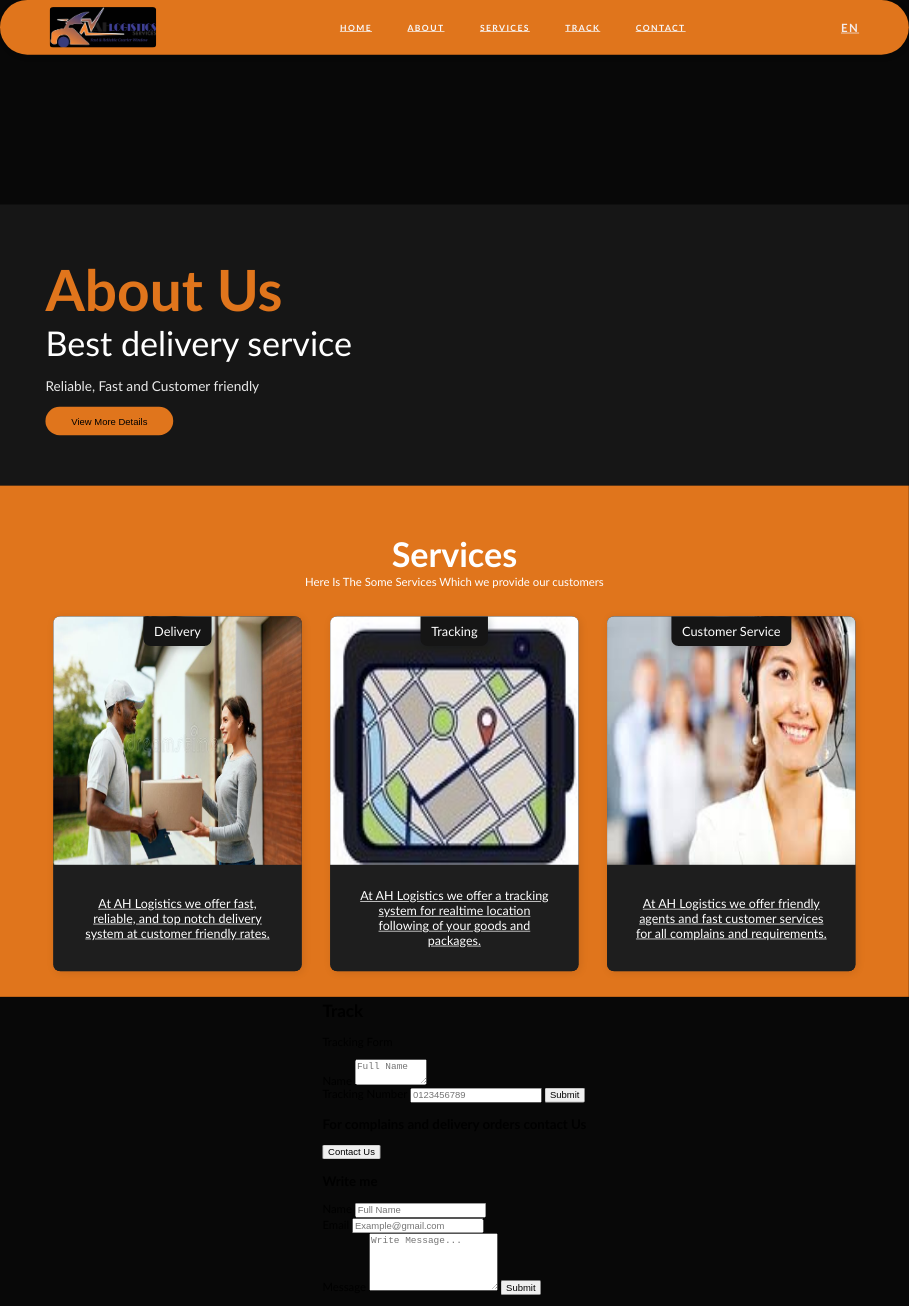
Repository: TheSecretlifeOfX/Ah-Logistics
Page: index.html
These files come from the project's save history. The page is drawn as it stood at one moment and after the next save; the edit follows.
The browser window is 1280 px wide. The pictures show the whole page, at 71% of full size.

Above is the page before, as saved 2022-03-02 14:49:49.

### index.html
<html>
<head>
<meta charset="utf-8">
<meta http-equiv="X-UA-Compatible" content="IE-edge">
<meta name="viewport" content="width=device-width, intial-scale=1.0">
<title>Logistics Website</title>
<link rel="stylesheet" href="./css/home.css">
</head>
<body>
<section id="main">
	<nav>
	<a href="#" class="logo"><img src="images/logo.jpg"></a>
	<div class="toggle"></div>
	<ul class="menu">
	<li class="active"><a href="#main" >Home</a></li>
	<li><a href="#about">About</a></li>
	<li><a href="#services">Services</a></li>
	<li><a href="#Tracking-Form">Track</a></li>
    <li><a href="#contact-form">Contact</a></li>
	</ul>
	<a href="#" class="lang">En</a>
	</nav>
    </section>
</div>
<section id="about">
	<div class="about-text">
	<h1>About Us</h1>
	<h2>Best delivery service</h2>
	<p>Reliable, Fast and Customer friendly</p>
	<button>View More Details</button>
	</div>
</section>
<section id="services">
<div class="s-heading">
<h1>Services</h1>
<p>Here Is The Some Services Which we provide our customers</p>
</div>
<div class="b-container">
<div class="s-box">
<div class="s-b-img">
    <div class="s-type">Delivery</div>
    <img src="images/delivery.jpg">
</div>
<div class="s-b-text">
<a href="#">At AH Logistics we offer fast, reliable, and top notch delivery system at customer friendly rates.</a>
</div>
</div>
<div class="s-box">
<div class="s-b-img">
    <div class="s-type">Tracking</div>
    <img src="images/track.jpg">
</div>
<div class="s-b-text">
<a href="#">At AH Logistics we offer a tracking system for realtime location following of your goods and packages.</a>
</div>
</div>
<div class="s-box">
<div class="s-b-img">
    <div class="s-type">Customer Service</div>
    <img src="images/customer.jpg">
</div>
<div class="s-b-text">
<a href="#">At AH Logistics we offer friendly agents and fast customer services for all complains and requirements.</a>
</div>
</div>
</div>
</div>
<section id=Tracking-Form></section>
<form>
<div class="Track-left">
<h1 class=T-1-Heading>Track</h1>
<p class=T-2-Body>Tracking Form</p></div>
<div class="Track-right">
	<div class="C-Name">
	<font >Name</font>
	<textarea name="message" rows="2" cols="10" placeholder="Full Name"></textarea>
	<div class="f-Num">
		<font >Tracking Number</font>
		<input type="Number" placeholder="0123456789"/>
	<button>Submit</button>
</form>
<section id="contact-btn">
	<h1 class="c-b-heading">For complains and delivery orders contact Us</h1>
		<button >Contact Us</button>
	</section>
<!--contact-form------------------->
<section id="contact-form">
<form>
<!--left--------------------------------------->
<div class="contact-left">
<h1 class="c-l-heading">Write me</h1>
<div class="f-name">
<font >Name</font>
<input type="text" placeholder="Full Name"/>
</div>
<div class="f-email">
<font >Email</font>
<input type="email" placeholder="Example@gmail.com"/>
</div>
</div>
<div class="contact-right">

<div class="message">
<font >Message</font>
<textarea name="message" rows="5" cols="20" placeholder="Write Message..."></textarea>
<button>Submit</button>
</div>
</form>
</section>
</section>
</body>
</html>

### css/home.css
body{
	margin:0px;
	padding:0px;
	background-color: #080808;
	background-size: 100%;
	min-height: 100vh;
	}
	#main{
		width:100%;
		height: 40vh;
		}
		nav{
			display:flex;
			justify-content: space-between;
			align-items: center;
			text-transform: uppercase;
			font-weight: 600;
			letter-spacing: 2px;
			font-family: calibri;
			top: 0;
			left: 10px;
			width:100%;
			box-sizing: border-box;
			padding: 5px 70px;
			background-color:#e0751c;
			box-shadow:2px 2px 12px rgba(0,0,0,0.05);
			z-index: 1;
			border-radius: 50px;
			}
			.menu{
			display: flex;

			}
			.menu li a{
			padding: 10px 25px;
			color:#f8f8fa;
			font-size: 12px;
			display:inline-block;
			}
			li{display:inline-block}
			.lang{
			color:#f3ecec;
			}
			.logo > img {
				width: 100%;
				height: 100%;
				max-width: 150px;
				display: flex;
				justify-content: center;
				align-items: center;
				text-align: center;
				margin-left: 0px;
				border-radius: 5px;
				 }
			.toggle{
			display: none;
			}
			.menu li a:hover{
			background-color:#292929;
			color:#FFF!important;
			font-weight: bold;
			transition: all ease 0.4s;
			}
			.lang:hover{
				background-color:#292929;
			color:#FFF!important;
			font-weight: bold;
			transition: all ease 0.4s;
			}
			#about{
				width:100%;
				height: 55vh;
				background-color:#161616;
				box-sizing: border-box;
				display: flex;
				align-items: center;
				justify-content: space-between;
				padding: 0px 5% 0px 5%;
			}
			.about-text{
				font-family: calibri;
				width: 50%;
			}
			.about-text h1{
				font-size: 5rem;
				color:#e0751c;
			}
			.about-text h2{
				font-size: 3rem;
				color:#FFFFFF;
				font-weight: 400;
			}
			.about-text h1,h2{
				margin: 0px;
				padding: 0px;
			}
			.about-text p{
				font-size: 1.2rem;
				color:rgba(255,255,255,0.90);

			}
			.about-text button{
				width: 180px;
				height: 40px;
				border-radius: 20px;
				border: none;
				outline: none;
				background-color:#e0751c;
			}
			.about-text button:hover{
				background-color: #FFFFFF;
				transition: all ease 0.3s;
			}
			#services{
				width:100%;
			height:100vh;
			box-sizing: border-box;
			font-family: calibri;
			display: flex;
			flex-direction: column;
			align-items: center;
			justify-content: center;
			padding-top: 500px ;
			background-color:#e0751c;
		}

		.s-heading h1{
			color:#FFFFFF;
			font-size: 3rem;
			margin: 0px;
			padding: 0px;

		}
		.s-heading p{
			color:rgb(255, 255, 255);
			font-size: 1rem;
			margin: 0px;
			padding: 0px;
		}
		.s-heading{
			text-align: center;
			margin: 20px 0px;
		}
		.s-box{
			background-color: #2B2B2B;
			width:350px;
			height: 500px;
			margin: 20px;
			border-radius: 10px;
			overflow: hidden;
			box-shadow: 2px 2px 12px rgba(0,0,0,0.1);
			position: relative;
		}
		.b-container{
			display: flex;
			justify-content: center;
			align-content: center;


		}
		.s-b-img{
			width: 100%;
			height: 70%;

		}
		.s-b-img img{
			width:100%;
			height: 100%;

		}
		.s-b-text{
			width: 100%;
			height: 30%;
			background-color:#1E1E1E;
			display:flex;
			justify-content: center;
			align-items: center;
			text-align: center;
		}
		.s-b-text a{
			margin: 0px;
			color:#FFFFFF;
			font-size: 1.1rem;
			font-family: calibri;
			display: block;
			display: -webkit-box;
			max-width: 80%;
			-webkit-line-clamp: 4;
			-webkit-box-orient: vertical;
			overflow: hidden;
			text-overflow: ellipsis;
		}
		.s-b-text a:hover{
			color:rgba(255,255,255,0.50)
		}
		.s-type{
			font-family: calibri;
			color:#FFFFFF;
			background-color: #151515;
			padding: 10px 15px;
			position: absolute;
			top: 0px;
			left: 50%;
			transform: translateX(-50%);
			font-size: 18px;
			border-radius: 0px 0px 10px 10px;
			box-shadow: 2px 2px 12px rgba(0,0,0,0.2);
		}
		.s-box:hover{
			transform:translateY(-10px);
			transition: all ease 0.3s;

		}
		#Tracking-Form{
			width: 100%;
			height: 90vh;
			display: flex;
			justify-content: center;
			align-items: center;
			background-color:grey;
		}

After the next save:
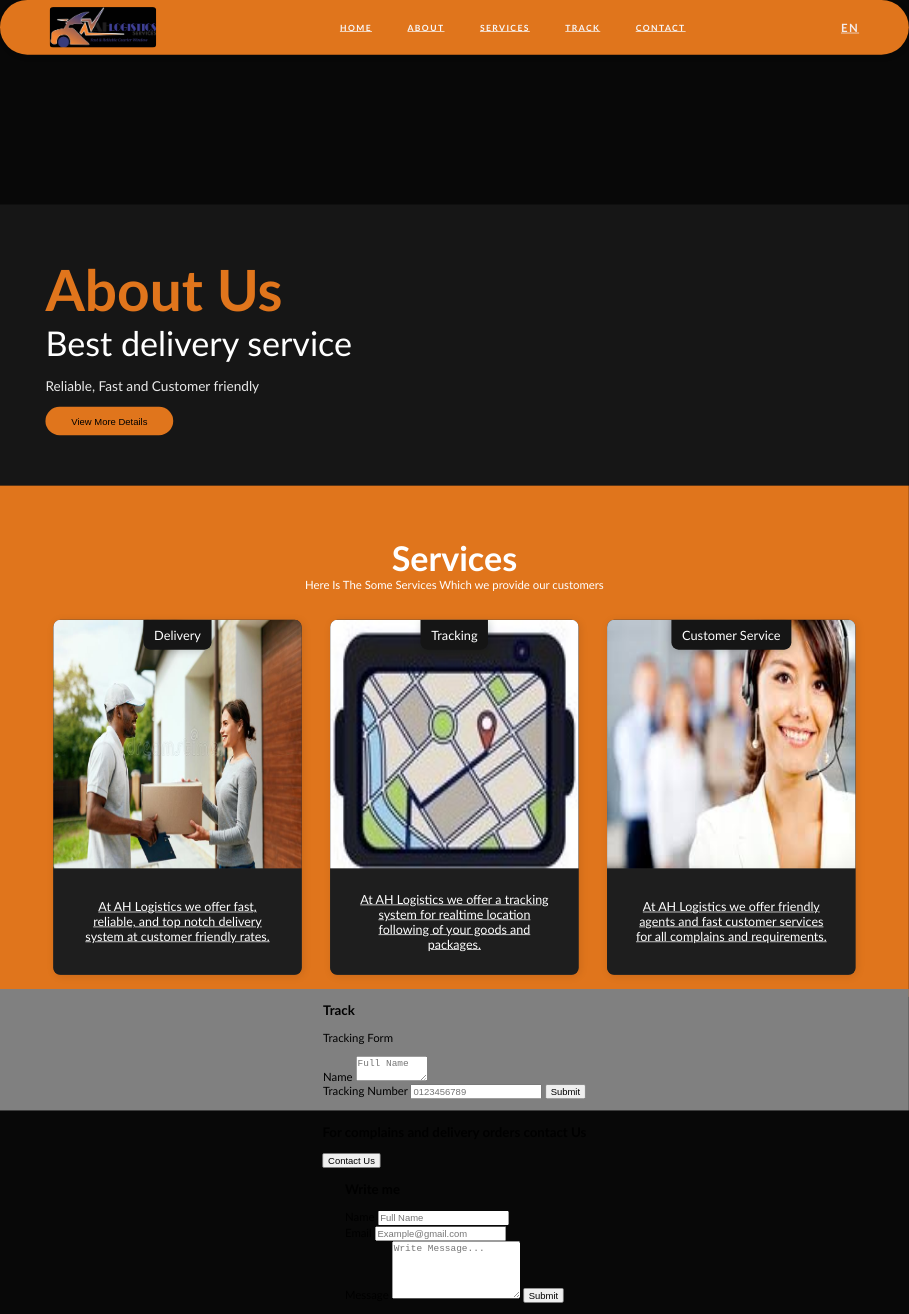
Saved 89 s later.
--- a/index.html
+++ b/index.html
@@ -65,7 +65,7 @@
 </div>
 </div>
 </div>
-<section id=Tracking-Form></section>
+<section id=Tracking-Form>
 <form>
 <div class="Track-left">
 <h1 class=T-1-Heading>Track</h1>
@@ -78,6 +78,7 @@
 		<font >Tracking Number</font>
 		<input type="Number" placeholder="0123456789"/>
 	<button>Submit</button>
+</section>
 </form>
 <section id="contact-btn">
 	<h1 class="c-b-heading">For complains and delivery orders contact Us</h1>
